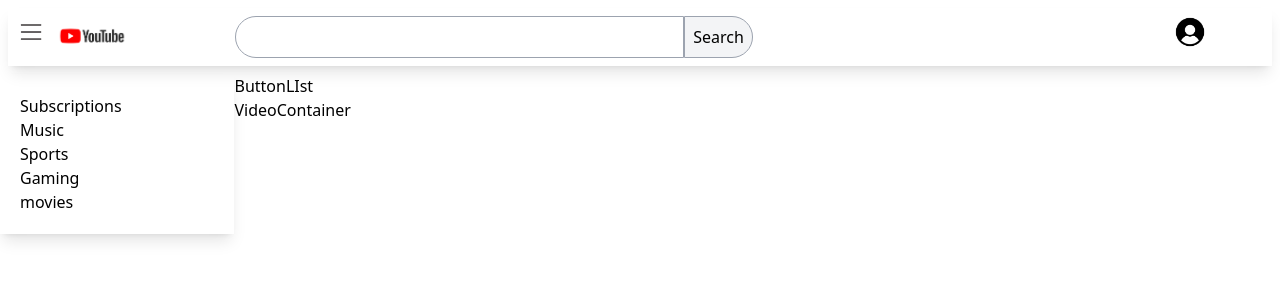
Repository: AmolPawar7181/namaste-youtube
Page: /
An editor plug-in stored every save of this project. The page is shown before and after the next save, followed by the edit.
The browser window is 1280 px wide. The pictures show the whole page.
The project was rebuilt for these pictures with package versions that can differ from the ones it lists, and the page was loaded fresh each time. Also part of the build but not shown: vite.config.ts.

Above is the page before, as saved 2023-03-19 12:20:20.

After the next save:
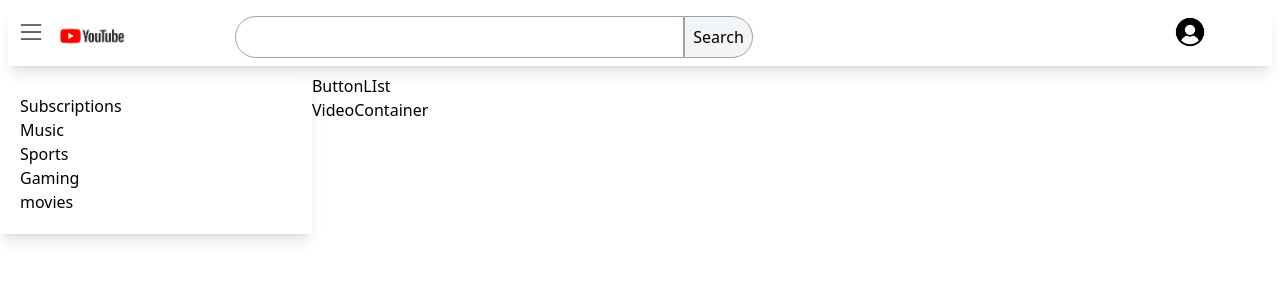
Saved 3 s later.
--- a/src/components/SideBar.tsx
+++ b/src/components/SideBar.tsx
@@ -2,7 +2,7 @@
 
 const SideBar = () => {
 	return (
-		<div className='p-5 shadow-lg col-span-1'>
+		<div className='p-5 shadow-lg col-span-2'>
 			<h1>Subscriptions</h1>
 			<ul>
 				<li>Music</li>

After the save that followed:
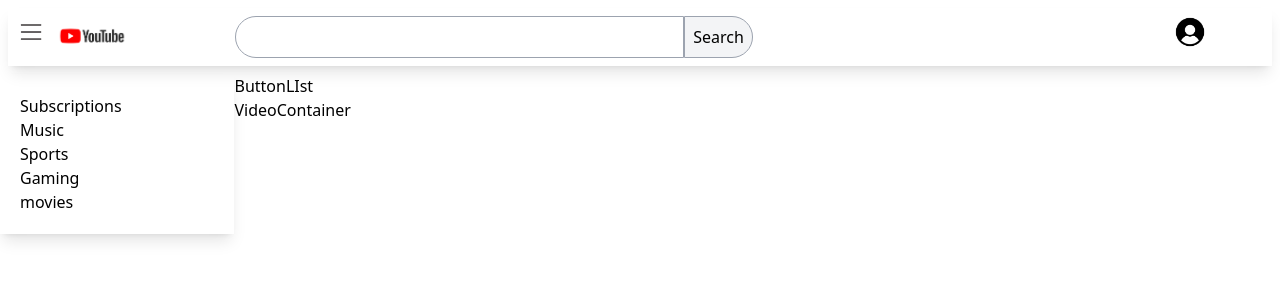
Saved 17 s later.
--- a/src/components/SideBar.tsx
+++ b/src/components/SideBar.tsx
@@ -2,7 +2,7 @@
 
 const SideBar = () => {
 	return (
-		<div className='p-5 shadow-lg col-span-2'>
+		<div className='p-5 shadow-lg col-span-1'>
 			<h1>Subscriptions</h1>
 			<ul>
 				<li>Music</li>
